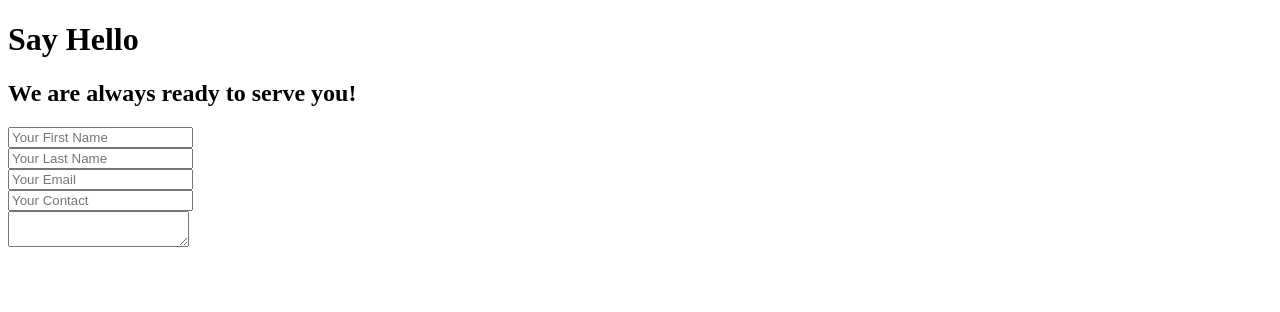
Repository: Owusuharriet/HW1-HAMAH.index.html
Page: index.htm
The author's editor kept a copy of each file at every save. The page is drawn from the files as they stood at one save, then again after a run of saves.
The browser window is 1280 px wide. The pictures show the whole page.

Above is the page before, as saved 2020-08-03 22:34:22.

### index.htm
<!DOCTYPE html>
<html lang="en">
<head>
    <meta charset="UTF-8">
    <meta name="viewport" content="width=device-width, initial-scale=1.0">
    <link rel="stylesheet" type="text/cs
    <title>Contact Form</title>
</head>
<body>
    <div class="contact-title">
        <h1>Say Hello</h1>
        <h2>We are always ready to serve you!</h2>
    </div>

    <div class="contact-form">
        <form id="contact-form" method="post" action=""></form>
        <input name="name" type="text" class="form-control" placeholder="Your First Name" required><br>
        <input name="name" type="text" class="form-control" placeholder="Your Last Name" required><br>
        <input name="emial" type="email" class="form-control" placeholder="Your Email"required><br>
        <input name="contact" type="contact" class="form-control" placeholder="Your Contact"><br>



        <textarea name="message" class="from-control"></textarea>

    </div>


</body>
</html>

After the next 3 saves:
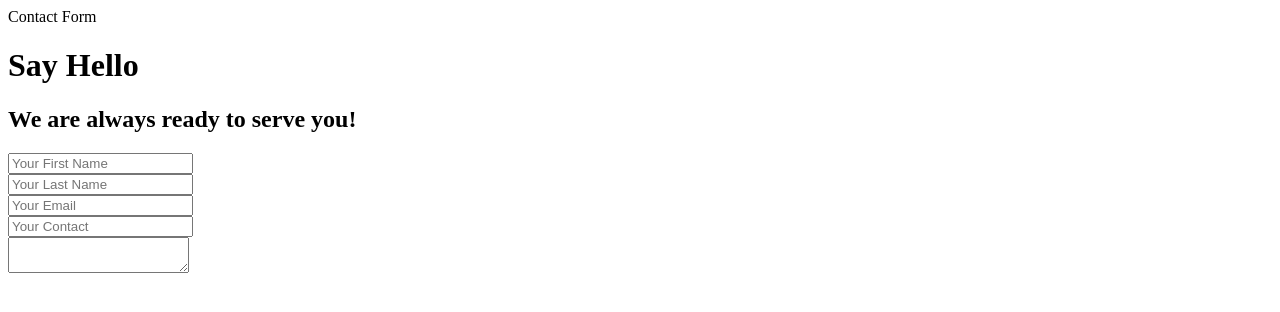
The 3 saves are shown as one change because they came seconds apart.
The last was saved 15 s later.
--- a/index.htm
+++ b/index.htm
@@ -3,7 +3,7 @@
 <head>
     <meta charset="UTF-8">
     <meta name="viewport" content="width=device-width, initial-scale=1.0">
-    <link rel="stylesheet" type="text/cs
+    <link rel="sty"
     <title>Contact Form</title>
 </head>
 <body>
